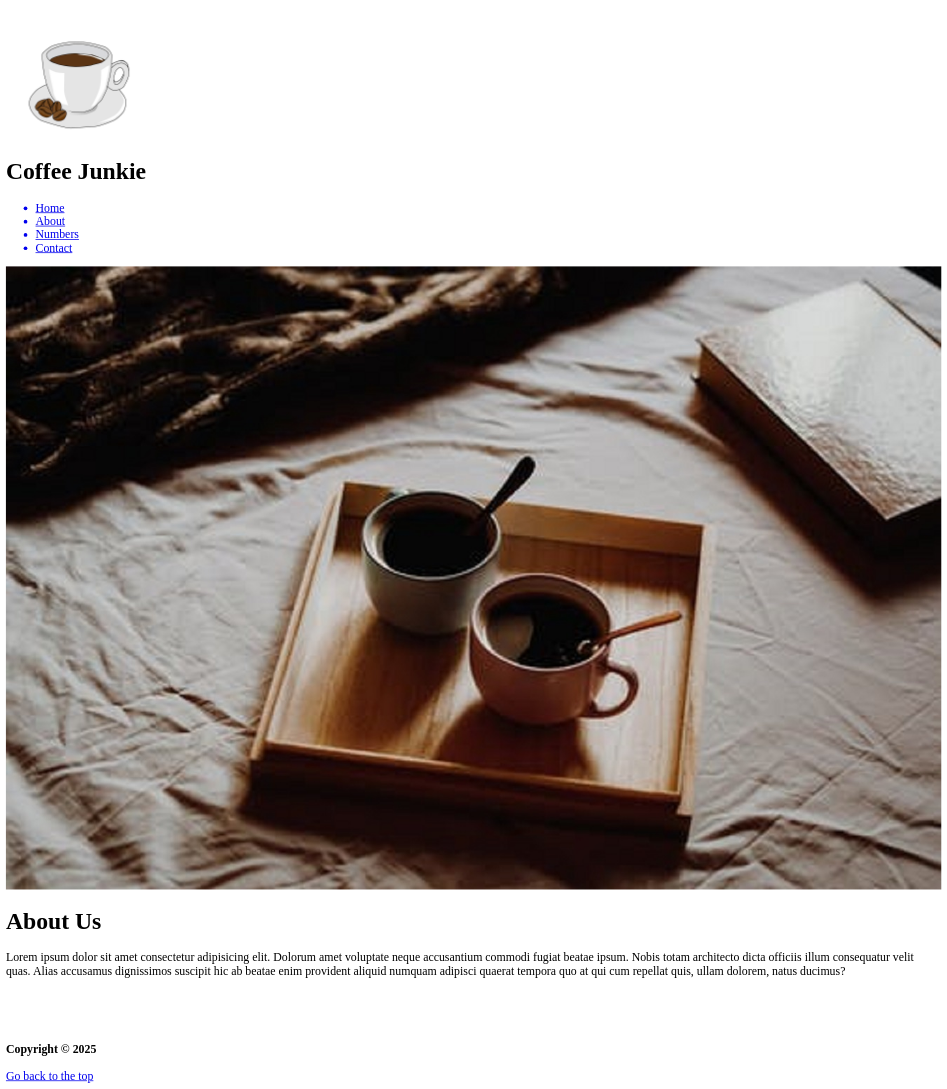
Repository: Tranghii/HTML-CSS
Page: HTML&CSS/miniExercise/contact.html
An editor plug-in stored every save of this project. The page is shown before and after the next save, followed by the edit.
The browser window is 1280 px wide. The pictures show the whole page, at 74% of full size.

Above is the page before, as saved 2025-10-11 22:12:59.

### HTML&CSS/miniExercise/contact.html
<!DOCTYPE html>
<html lang="en">
<head>
    <meta charset="UTF-8">
    <meta name="viewport" content="width=device-width, initial-scale=1.0">
    <title>Coffee Junkie Home</title>
</head>
<body>
    <div>
        <img id="top" src="images/coffeelogo.png" height="180" alt="coffee">
        <h1>Coffee Junkie</h1>
        <ul>
            <a href="index.html"><li>Home</li></a>
            <a href="#"><li>About</li></a>
            <a href="number.html"><li>Numbers</li></a>
            <a href="contact.html"><li>Contact</li></a>
        </ul>
        <img src="images/coffeeimage.jpeg" width="100%" alt="coffee">

        <div id="about">
                <h1>About Us</h1>
                <p>Lorem ipsum dolor sit amet consectetur adipisicing elit. Dolorum amet voluptate neque accusantium commodi fugiat beatae ipsum. Nobis totam architecto dicta officiis illum consequatur velit quas. Alias accusamus dignissimos suscipit hic ab beatae enim provident aliquid numquam adipisci quaerat tempora quo at qui cum repellat quis, ullam dolorem, natus ducimus?</p>
            <br><br><br><br>


            <strong>Copyright &copy; 2025</strong><br><br>
            <a href="#top">Go back to the top</a>
        </div>
    </div>


</body>
</html>

After the next save:
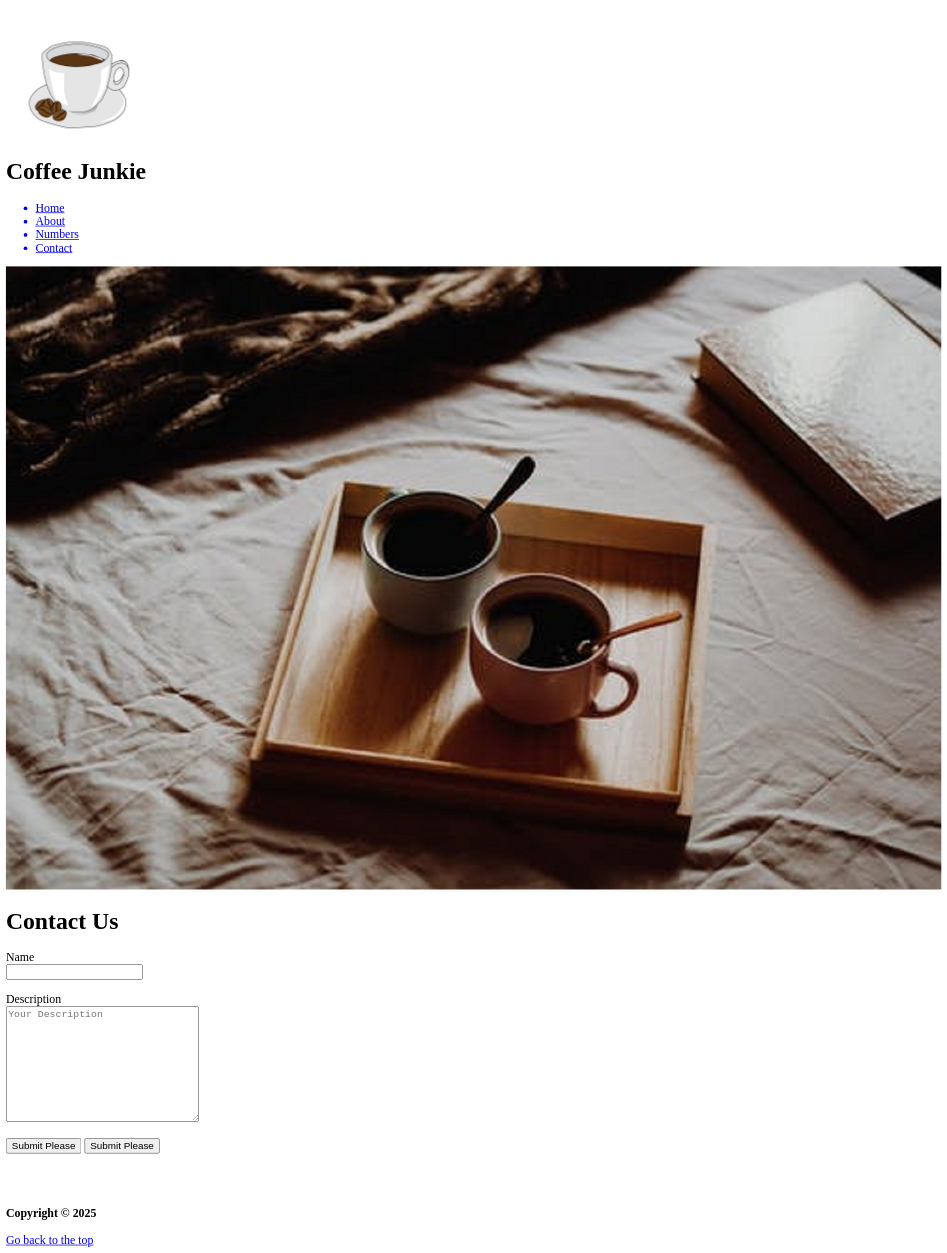
Saved 3 min 2 s later.
--- a/HTML&CSS/miniExercise/contact.html
+++ b/HTML&CSS/miniExercise/contact.html
@@ -10,19 +10,25 @@
         <img id="top" src="images/coffeelogo.png" height="180" alt="coffee">
         <h1>Coffee Junkie</h1>
         <ul>
-            <a href="index.html"><li>Home</li></a>
-            <a href="#"><li>About</li></a>
+            <a href="#"><li>Home</li></a>
+            <a href="about.html"><li>About</li></a>
             <a href="number.html"><li>Numbers</li></a>
             <a href="contact.html"><li>Contact</li></a>
         </ul>
         <img src="images/coffeeimage.jpeg" width="100%" alt="coffee">
 
-        <div id="about">
-                <h1>About Us</h1>
-                <p>Lorem ipsum dolor sit amet consectetur adipisicing elit. Dolorum amet voluptate neque accusantium commodi fugiat beatae ipsum. Nobis totam architecto dicta officiis illum consequatur velit quas. Alias accusamus dignissimos suscipit hic ab beatae enim provident aliquid numquam adipisci quaerat tempora quo at qui cum repellat quis, ullam dolorem, natus ducimus?</p>
+        <div id="contact">
+            <form action="">
+                <h1>Contact Us</h1>
+                <label for="">Name</label> <br>
+                <input type="text" name="Name" id="">
+                <br><br>
+                <label for="">Description</label><br>
+                <textarea name="" id="" cols="30" rows="10" placeholder="Your Description"></textarea><br><br>
+            <input type="submit" name="" value="Submit Please">
+            <button type="submit"> Submit Please</button>
+            </form>
             <br><br><br><br>
-
-
             <strong>Copyright &copy; 2025</strong><br><br>
             <a href="#top">Go back to the top</a>
         </div>
